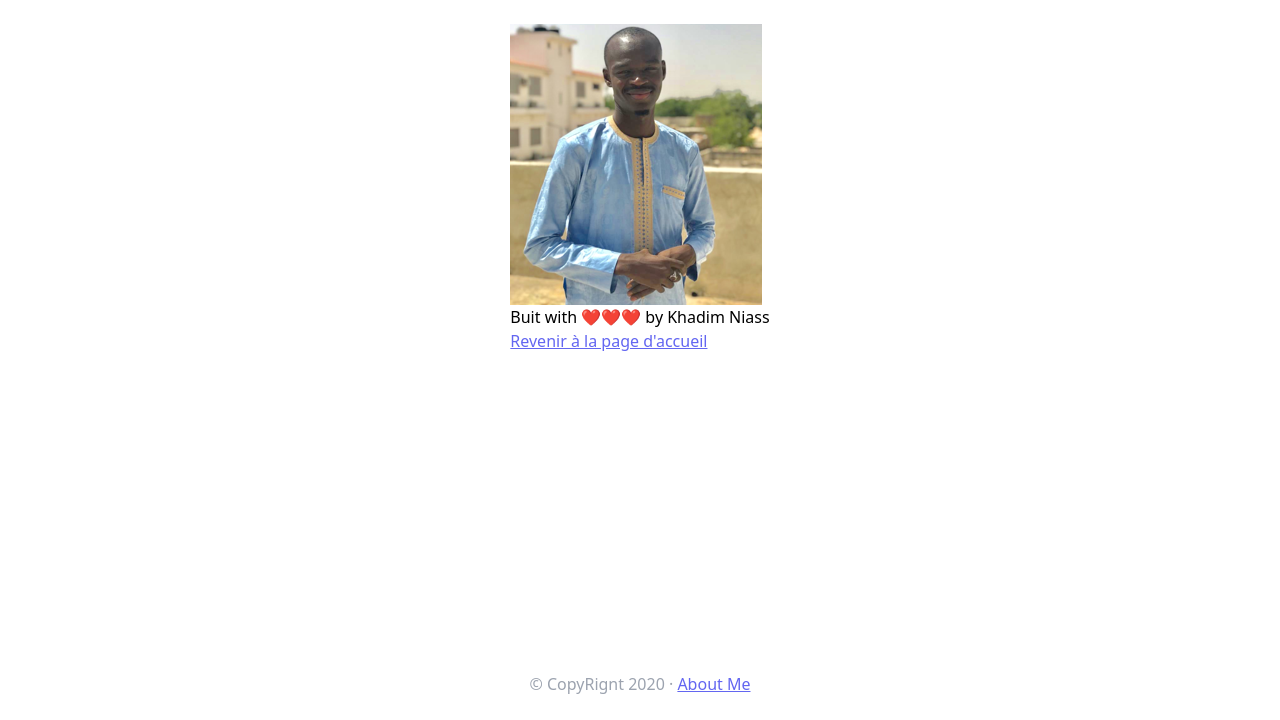
Repository: khadimniass/hello-city-with-Symfony
Page: templates/pages/about.html.twig
These files come from the project's save history. The page is drawn as it stood at one moment and after the next save; the edit follows.
The browser window is 1280 px wide. The pictures show the whole page.
The page is a Twig template of a Symfony application; nobody is signed in and links lead nowhere. The template is opened directly, without the code that normally fills it, so the values that code supplies are empty.

Above is the page before, as saved 2020-06-24 17:01:26.

After the next save:
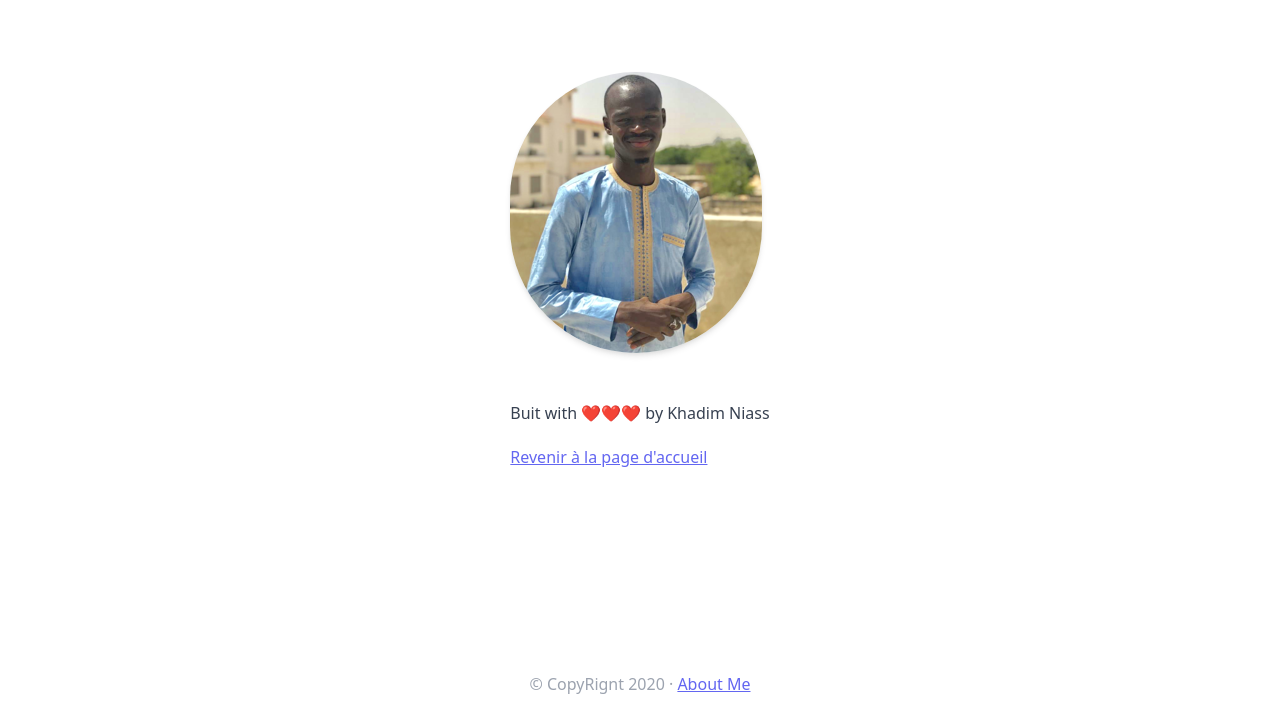
Saved 15 min 36 s later.
--- a/templates/pages/about.html.twig
+++ b/templates/pages/about.html.twig
@@ -4,10 +4,15 @@
 
 {% block body %}
 <div>
-<img src="imgs/me.png" wid alt="picture of Khadim Niass">
+<img src="imgs/me.png" wid alt="picture of Khadim Niass" class="my-12 rounded-full shadow-md">
 
-    <h1>Buit with ❤️❤️❤️ by Khadim Niass</h1>
+    <h1 class="text-gray-700 ">Buit with ❤️❤️❤️ by Khadim Niass</h1>
 
-<p><a href="{{path('app_home')}}" class="text-indigo-500 hover:text-indigo-600 underline">Revenir à la page d'accueil</a></p>
+<p class ="mt-5" >
+    <a href="{{path('app_home')}}" class="text-indigo-500 hover:text-indigo-600 underline">
+    Revenir à la page d'accueil
+    </a>
+</p>
+
 </div>
 {% endblock %}
